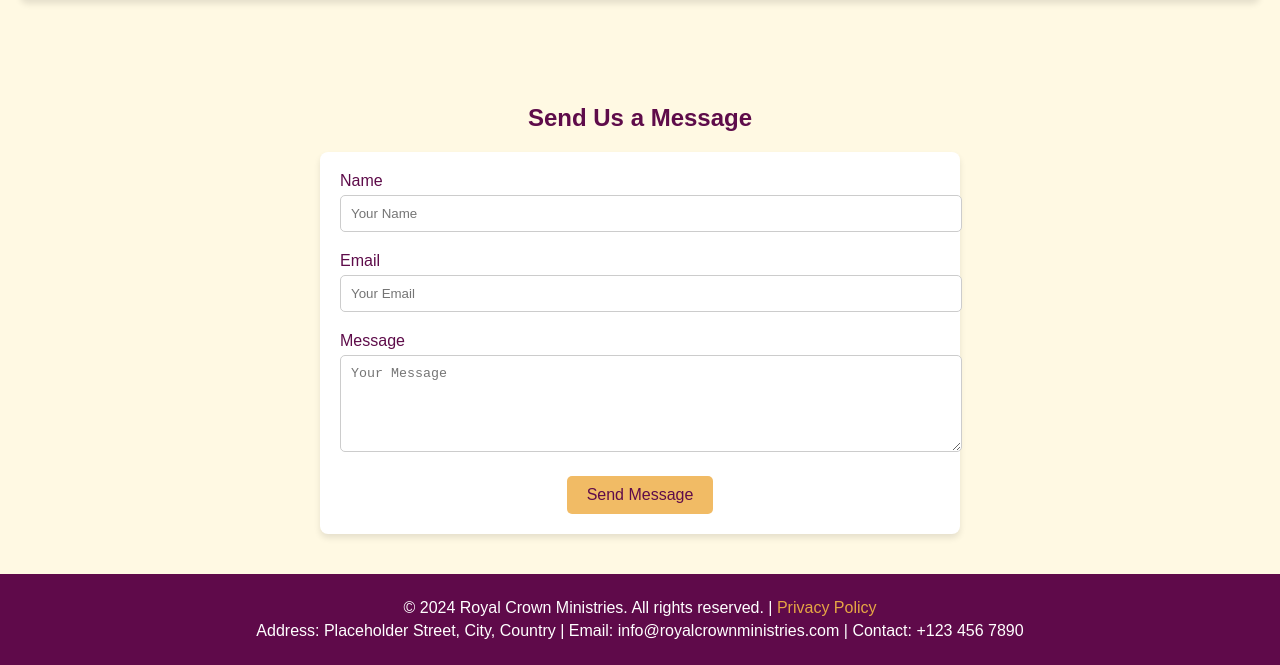
Repository: muwomotapiwa/Royal-Crown
Page: contact.html
The author's editor kept a copy of each file at every save. The page is drawn from the files as they stood at one save, then again after the next save.
The browser window is 1280 px wide. The pictures show the part of the page from y = 1372 to 2037 px (the page is 2037 px tall).

Above is the page before, as saved 2024-12-24 16:53:57.

### contact.html
<!DOCTYPE html>
<html lang="en">
<head>
    <meta charset="UTF-8">
    <meta name="viewport" content="width=device-width, initial-scale=1.0">
    <title>Contact Us - Royal Crown Ministries</title>
    <link rel="stylesheet" href="css/style.css">
    <link rel="stylesheet" href="css/contact.css">
</head>
<body>
    <header>
        <div class="logo">Royal Crown Ministries</div>
        <nav>
            <a href="index.html#about">About</a>
            <a href="events.html">Events</a>
            <a href="ministries.html">Ministries</a>
            <a href="sermons.html">Sermons</a>
            <a href="contact.html">Contact</a>
        </nav>
        <div class="hamburger" onclick="toggleMenu()">
            <div></div>
            <div></div>
            <div></div>
        </div>
    </header>

    <!-- Hero Banner -->
    <section class="hero-banner">
        <div class="hero-content">
            <h1>Contact Us</h1>
            <p>We’d love to hear from you. Get in touch with us today!</p>
        </div>
    </section>

    <!-- Contact Information Section -->
    <section class="contact-info">
        <h2>Our Location</h2>
        <div class="info-grid">
            <div class="info-card">
                <h3>Address</h3>
                <p>Placeholder Street, City, Country</p>
            </div>
            <div class="info-card">
                <h3>Phone</h3>
                <p>+123 456 7890</p>
            </div>
            <div class="info-card">
                <h3>Email</h3>
                <p>info@royalcrownministries.com</p>
            </div>
        </div>
    </section>
    <!-- Google Map Section -->
    <section class="google-map">
        <h2>Find Us on Google Maps</h2>
        <div class="map-container">
            <iframe
                src="https://www.google.com/maps/embed?pb=!1m18!1m12!1m3!1d3582.450098465878!2d27.99745077546386!3d-26.03226987849703!2m3!1f0!2f0!3f0!3m2!1i1024!2i768!4f13.1!3m3!1m2!1s0x1e950c1b8c2d3737%3A0x3139f086667c529!2s112%20Leslie%20Ave%2C%20Fourways%2C%20Johannesburg%2C%202191!5e0!3m2!1sen!2sza!4v1700011234567"
                width="100%"
                height="450"
                style="border:0;"
                allowfullscreen=""
                loading="lazy">
            </iframe>
        </div>
    </section>

    <!-- Contact Form Section -->
    <section class="contact-form">
        <h2>Send Us a Message</h2>
        <form id="contactForm">
            <div class="form-group">
                <label for="name">Name</label>
                <input type="text" id="name" name="name" placeholder="Your Name" required>
            </div>
            <div class="form-group">
                <label for="email">Email</label>
                <input type="email" id="email" name="email" placeholder="Your Email" required>
            </div>
            <div class="form-group">
                <label for="message">Message</label>
                <textarea id="message" name="message" rows="5" placeholder="Your Message" required></textarea>
            </div>
            <button type="submit" class="btn">Send Message</button>
        </form>
    </section>

    <footer>
        <p>&copy; 2024 Royal Crown Ministries. All rights reserved. | <a href="#">Privacy Policy</a></p>
        <p>Address: Placeholder Street, City, Country | Email: info@royalcrownministries.com | Contact: +123 456 7890</p>
    </footer>

    <script src="js/contact.js"></script>
</body>
</html>

### css/style.css
/* General Reset */
body {
    margin: 0;
    font-family: Arial, sans-serif;
    overflow-x: hidden; /* Prevent horizontal scrolling */
}

/* Top Notification Bar */
.top-bar {
    background-color: #000;
    color: #fff;
    padding: 5px 20px;
    font-size: 14px;
    text-align: center;
    width: 100%; /* Ensure it spans the full width */
    box-sizing: border-box; /* Prevent overflow due to padding */
}

/* Navigation Bar */
.navbar {
    display: flex;
    align-items: center;
    position: sticky;
    top: 0;
    z-index: 10;
    height: 100px;
    background: linear-gradient(to right, #e6a644, #e6a644 33%, #5f0e4c 66%, #5f0e4c);
    width: 100%; /* Ensure it spans the full width */
    box-sizing: border-box;
    padding: 0 10px; /* Prevent any overflow due to padding */
}

.navbar .left-section {
    display: flex;
    align-items: center;
    padding-left: 10px;
}

.navbar .left-section img {
    height: 80px;
    width: 80px;
    margin-right: 10px;
}

.navbar .left-section h1 {
    font-size: 24px;
    margin: 0;
    color: #5f0e4c;
}

.navbar .nav-links {
    flex: 1;
    display: flex;
    justify-content: center; /* Center align navigation links */
    gap: 20px;
    flex-wrap: wrap; /* Prevent overflow on smaller screens */
}

.navbar .nav-links a {
    text-decoration: none;
    font-weight: bold;
    font-size: 16px;
    color: #fff;
}

.navbar .nav-links a:hover {
    text-decoration: underline;
}

/* Hamburger Icon */
.hamburger {
    display: none;
    font-size: 30px;
    color: #fff;
    cursor: pointer;
    position: absolute;
    right: 20px;
    top: 35px;
}

/* Mobile Menu */
.mobile-menu {
    display: none;
    flex-direction: column;
    position: absolute;
    top: 100px;
    right: 0;
    background: #5f0e4c;
    width: 200px;
    box-shadow: 0 4px 6px rgba(0, 0, 0, 0.1);
    z-index: 100;
    padding: 10px 0;
}

.mobile-menu a {
    color: #fff;
    text-decoration: none;
    padding: 10px 20px;
    font-size: 16px;
    text-align: left;
    display: block;
}

.mobile-menu a:hover {
    background-color: #e6a644;
    color: #5f0e4c;
}

/* Banner Section */
.banner {
    height: 100vh;
    background: url('../assets/Background.jpeg') no-repeat center center/cover;
    position: relative;
    width: 100%; /* Ensure it spans the full width */
}

.banner .overlay {
    position: absolute;
    top: 0;
    left: 0;
    width: 100%;
    height: 100%;
    background: rgba(0, 0, 0, 0.5);
}

.banner-content {
    position: absolute;
    top: 50%;
    left: 50%;
    transform: translate(-50%, -50%);
    color: #fff;
    text-align: center;
    max-width: 100%; /* Prevent overflowing content */
    box-sizing: border-box;
}

.banner-content h1 {
    font-size: 2.5rem;
    text-shadow: 2px 2px #000;
}

.banner-content p {
    margin-top: 20px;
    font-size: 1.2rem;
    max-width: 800px;
    margin: 20px auto;
}

.buttons {
    display: flex;
    justify-content: center;
    gap: 20px;
    margin-top: 20px;
    flex-wrap: wrap; /* Prevent buttons from overflowing */
}

.buttons a {
    background-color: #e6a644;
    color: #5f0e4c;
    text-decoration: none;
    padding: 10px 20px;
    border-radius: 5px;
    font-weight: bold;
}

.buttons a:hover {
    background-color: #d49436;
}

/* Content Section */
.content {
    padding: 50px 20px;
    background-color: #fff9e3;
    color: #5f0e4c;
    width: 100%; /* Ensure content spans full width */
    box-sizing: border-box;
}

.content h2 {
    text-align: center;
    margin-bottom: 20px;
}

.content p {
    max-width: 800px;
    margin: 0 auto 20px;
    line-height: 1.6;
    text-align: justify;
}

/* Footer Section */
footer {
    background-color: #5f0a4a;
    color: #fff;
    padding: 20px 0;
    text-align: center;
    width: 100%; /* Ensure footer spans full width */
    box-sizing: border-box;
}

footer p {
    margin: 5px 0;
}

footer a {
    color: #e6a644;
    text-decoration: none;
}

footer a:hover {
    text-decoration: underline;
}

/* Responsive Menu */
@media (max-width: 768px) {
    .nav-links {
        display: none;
    }

    .hamburger {
        display: block;
    }
}

### css/contact.css
/* General Styles */
body {
    background-color: #fff9e3; /* Cream background */
    color: #5e0c4a; /* Purple text color */
    font-family: Arial, sans-serif;
}

/* Hero Section */
.hero-banner {
    background: url('assets/contact_banner.jpg') center/cover no-repeat;
    color: white;
    text-align: center;
    position: relative;
}
.hero-banner::before {
    content: "";
    position: absolute;
    top: 0;
    left: 0;
    width: 100%;
    height: 100%;
    background-color: rgba(0, 0, 0, 0.5); /* Black overlay */
    z-index: 1;
}
.hero-content {
    position: relative;
    z-index: 2;
    padding: 100px 20px;
    text-align: center; /* Center align text */
}
.hero-content h1 {
    font-size: 48px;
    color: #f1bb65; /* Gold */
    margin-bottom: 10px;
    text-align: center; /* Center align the heading */
}
.hero-content p {
    font-size: 20px;
    color: #fff9e3; /* Cream */
    text-align: center; /* Center align the subheading */
}
@media (min-width: 769px) {
    .hero-banner {
        height: 500px; /* Updated height for larger screens */
    }
}
@media (max-width: 768px) {
    .hero-banner {
        height: 250px; /* Updated height for smaller screens */
    }
}

/* Contact Info Section */
.contact-info {
    padding: 40px 20px;
    text-align: center;
}
.contact-info h2 {
    color: #5e0c4a;
}
.info-grid {
    display: grid;
    grid-template-columns: repeat(auto-fit, minmax(300px, 1fr));
    gap: 20px;
    margin-top: 20px;
}
.info-card {
    background: white;
    padding: 20px;
    border-radius: 8px;
    box-shadow: 0 4px 6px rgba(0, 0, 0, 0.1);
    color: #5e0c4a;
}
.info-card h3 {
    margin-bottom: 10px;
}

/* Google Map Section */
.google-map {
    padding: 40px 20px;
    text-align: center;
}
.map-container iframe {
    border-radius: 8px;
    box-shadow: 0 4px 6px rgba(0, 0, 0, 0.1);
}

/* Contact Form Section */
.contact-form {
    padding: 40px 20px;
    text-align: center;
}
.contact-form h2 {
    color: #5e0c4a;
    margin-bottom: 20px;
}
.contact-form form {
    max-width: 600px;
    margin: 0 auto;
    background: white;
    padding: 20px;
    border-radius: 8px;
    box-shadow: 0 4px 6px rgba(0, 0, 0, 0.1);
}
.form-group {
    margin-bottom: 20px;
    text-align: left;
}
.form-group label {
    display: block;
    margin-bottom: 5px;
    color: #5e0c4a;
}
.form-group input,
.form-group textarea {
    width: 100%;
    padding: 10px;
    border: 1px solid #ccc;
    border-radius: 5px;
}
.form-group input:focus,
.form-group textarea:focus {
    border-color: #5e0c4a;
    outline: none;
}
button.btn {
    background-color: #f1bb65;
    color: #5e0c4a;
    border: none;
    padding: 10px 20px;
    border-radius: 5px;
    cursor: pointer;
    font-size: 16px;
}
button.btn:hover {
    background-color: #e0a84e; /* Darker Gold */
}

Loaded but not shown: js/contact.js (no copy from this time; the picture is the same without it)

After the next save:
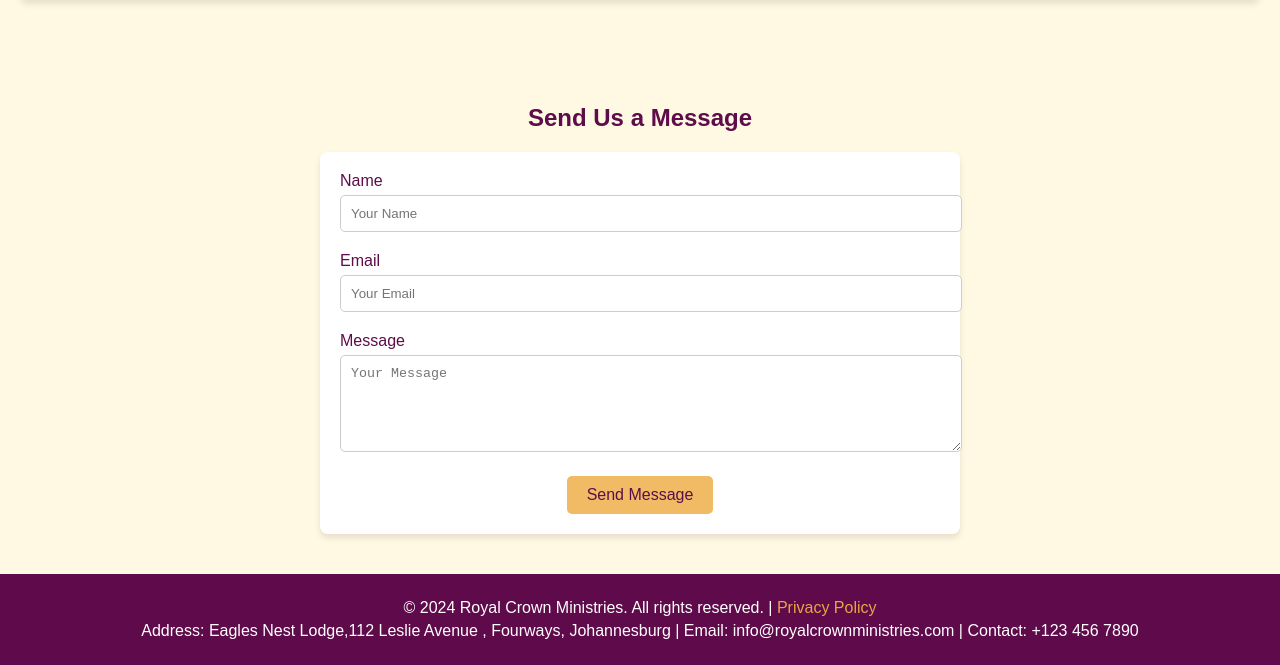
Saved 29 s later.
--- a/contact.html
+++ b/contact.html
@@ -87,7 +87,7 @@
 
     <footer>
         <p>&copy; 2024 Royal Crown Ministries. All rights reserved. | <a href="#">Privacy Policy</a></p>
-        <p>Address: Placeholder Street, City, Country | Email: info@royalcrownministries.com | Contact: +123 456 7890</p>
+        <p>Address: Eagles Nest Lodge,112 Leslie Avenue , Fourways, Johannesburg | Email: info@royalcrownministries.com | Contact: +123 456 7890</p>
     </footer>
 
     <script src="js/contact.js"></script>
